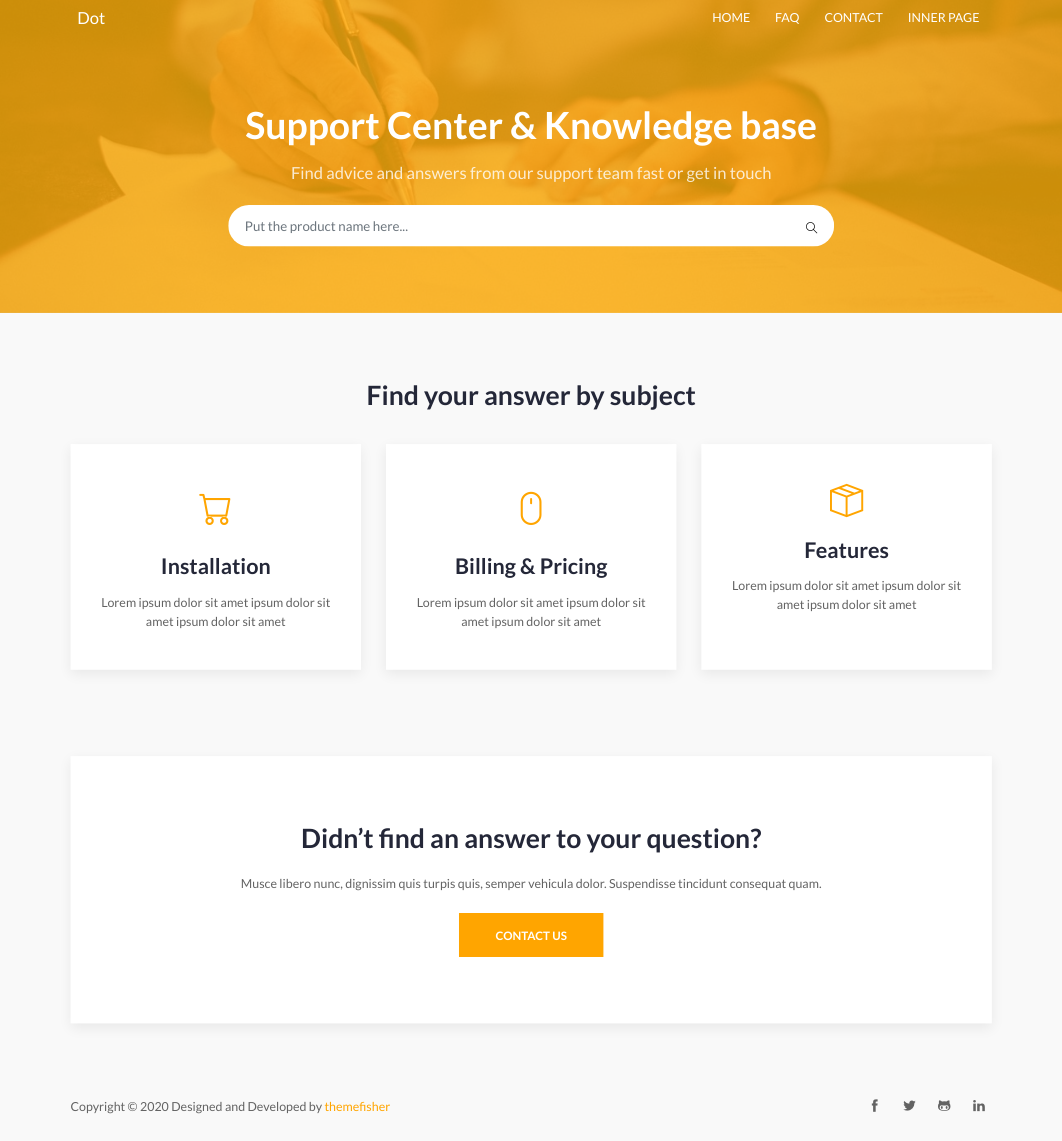
Repository: AlexThyCoolest/ReviewReader
Page: http://localhost/
An editor plug-in stored every save of this project. The page is shown before and after the next save, followed by the edit.
The browser window is 1280 px wide. The pictures show the whole page, at 83% of full size.
The page is served by the project's application, run on Flask 3 (main.py).

Above is the page before, as saved 2024-07-23 11:08:16.

### OYT/templates/index.html
<!DOCTYPE html>
<html lang="en-us">

<head>
    <meta charset="utf-8">
    <title>Dot</title>
    <meta name="viewport" content="width=device-width, initial-scale=1, maximum-scale=1">

    <!-- theme meta -->
    <meta name="theme-name" content="dot" />

    <!-- ** CSS Plugins Needed for the Project ** -->

    <!-- Bootstrap -->
    <link rel="stylesheet" href="static/plugins/bootstrap/bootstrap.min.css">
    <!-- themefy-icon -->
    <link rel="stylesheet" href="static/plugins/themify-icons/themify-icons.css">
    <!--Favicon-->
    <link rel="icon" href="images/favicon.png" type="image/x-icon">
    <!-- fonts -->
    <link href="https://fonts.googleapis.com/css?family=Lato:300,400,700&display=swap" rel="stylesheet">

    <link rel="stylesheet" href="https://cdn.jsdelivr.net/npm/bootstrap-icons@1.11.3/font/bootstrap-icons.min.css">
    <!-- Main Stylesheet -->
    <link href="static/assets/style.css" rel="stylesheet" media="screen" />
    <style>
        :root {
            --primary-color: #FFA500;
            /* Yellow-Orange */
        }

        .btn-primary,
        .bg-primary {
            background-color: var(--primary-color) !important;
            border-color: var(--primary-color) !important;
        }

        .text-primary {
            color: var(--primary-color) !important;
        }
    </style>
</head>
</head>

<body>
    <!-- header -->
    <header class="banner overlay bg-cover" data-background="images/banner.jpg">
        <nav class="navbar navbar-expand-md navbar-dark">
            <div class="container">
                <a class="navbar-brand px-2" href="index.html">Dot</a>
                <button class="navbar-toggler border-0" type="button" data-toggle="collapse" data-target="#navigation"
                    aria-controls="navigation" aria-expanded="false" aria-label="Toggle navigation">
                    <span class="navbar-toggler-icon"></span>
                </button>

                <div class="collapse navbar-collapse text-center" id="navigation">
                    <ul class="navbar-nav ml-auto">
                        <li class="nav-item">
                            <a class="nav-link text-dark" href="index.html">Home</a>
                        </li>
                        <li class="nav-item">
                            <a class="nav-link text-dark" href="faq.html">Faq</a>
                        </li>
                        <li class="nav-item">
                            <a class="nav-link text-dark" href="contact.html">contact</a>
                        </li>
                        <li class="nav-item">
                            <a class="nav-link text-dark" href="single.html">Inner Page</a>
                        </li>
                    </ul>
                </div>
            </div>
        </nav>
        <!-- banner -->
        <div class="container section">
            <div class="row">
                <div class="col-lg-8 text-center mx-auto">
                    <h1 class="text-white mb-3">Support Center &amp; Knowledge base</h1>
                    <p class="text-white mb-4">Find advice and answers from our support team fast or get in touch</p>
                    <div class="position-relative">
                        <form action="/loading" method="post">
                            <input id="product_name" name="product_name" type="text" class="form-control"
                                placeholder="Put the product name here...">
                            <button type="submit" class="search-icon p-0" style="background:white; border:none;"><i
                                    class="ti-search"></i></button>
                        </form>
                    </div>
                </div>
            </div>
        </div>
        <!-- /banner -->
    </header>
    <!-- /header -->

    <!-- topics -->
    <section class="section">
        <div class="container">
            <div class="row justify-content-center">
                <div class="col-12 text-center">
                    <h2 class="section-title">Find your answer by subject</h2>
                </div>
                <!-- topic-item -->
                <div class="col-lg-4 col-sm-6 mb-4">
                    <div class="px-4 py-5 bg-white shadow text-center d-block match-height">
                        <i class="bi bi-cart icon text-primary d-block mb-4"></i>
                        <h3 class="mb-3 mt-0">Installation</h3>
                        <p class="mb-0">Lorem ipsum dolor sit amet ipsum dolor sit amet ipsum dolor sit amet</p>
                    </div>
                </div>
                <div class="col-lg-4 col-sm-6 mb-4">
                    <div class="px-4 py-5 bg-white shadow text-center d-block match-height">
                        <i class="bi bi-mouse icon text-primary d-block mb-4"></i>
                        <h3 class="mb-3 mt-0">Billing &amp; Pricing</h3>
                        <p class="mb-0">Lorem ipsum dolor sit amet ipsum dolor sit amet ipsum dolor sit amet</p>
                    </div>
                </div>
                <div class="col-lg-4 col-sm-6 mb-4">
                    <div class="px-4 py-5 bg-white shadow text-center d-block match-height">
                        <i class="ti-package icon text-primary d-block mb-4"></i>
                        <h3 class="mb-3 mt-0">Features</h3>
                        <p class="mb-0">Lorem ipsum dolor sit amet ipsum dolor sit amet ipsum dolor sit amet</p>
                    </div>
                </div>
            </div>
        </div>
    </section>
    <!-- /topics -->

    <!-- call to action -->
    <section>
        <div class="container">
            <div class="row">
                <div class="col-12">
                    <div class="section px-3 bg-white shadow text-center">
                        <h2 class="mb-4">Didn&rsquo;t find an answer to your question?</h2>
                        <p class="mb-4">Musce libero nunc, dignissim quis turpis quis, semper vehicula dolor.
                            Suspendisse tincidunt
                            consequat quam.</p>
                        <a href="contact.html" class="btn btn-primary">contact us</a>
                    </div>
                </div>
            </div>
        </div>
    </section>
    <!-- /call to action -->

    <!-- footer -->
    <footer class="section pb-4">
        <div class="container">
            <div class="row align-items-center">
                <div class="col-md-8 text-md-left text-center">
                    <p class="mb-md-0 mb-4">Copyright © 2020 Designed and Developed by <a
                            href="https://themefisher.com/">themefisher</a></p>
                </div>
                <div class="col-md-4 text-md-right text-center">
                    <ul class="list-inline">
                        <li class="list-inline-item"><a class="text-color d-inline-block p-2" href="#"><i
                                    class="ti-facebook"></i></a></li>
                        <li class="list-inline-item"><a class="text-color d-inline-block p-2" href="#"><i
                                    class="ti-twitter-alt"></i></a></li>
                        <li class="list-inline-item"><a class="text-color d-inline-block p-2" href="#"><i
                                    class="ti-github"></i></a>
                        </li>
                        <li class="list-inline-item"><a class="text-color d-inline-block p-2" href="#"><i
                                    class="ti-linkedin"></i></a></li>
                    </ul>
                </div>
            </div>
        </div>
    </footer>
    <!-- /footer -->

    <!-- ** JS Plugins Needed for the Project ** -->
    <!-- jquiry -->
    <script src="static/plugins/jquery/jquery-1.12.4.js"></script>
    <!-- Bootstrap JS -->
    <script src="static/plugins/bootstrap/bootstrap.min.js"></script>
    <!-- match-height JS -->
    <script src="static/plugins/match-height/jquery.matchHeight-min.js"></script>
    <!-- Main Script -->
    <script src="assets/script.js"></script>
</body>

</html>

### OYT/static/assets/style.css
:root {
  --primary-color: #02007e;
  --body-color: #f9f9f9;
  --text-color: #636363;
  --text-color-dark: #242738;
  --white-color: #ffffff;
  --light-color: #f8f9fa;
  --font-family: Lato;
}

body {
  line-height: 1.5;
  font-family: var(--font-family), sans-serif;
  -webkit-font-smoothing: antialiased;
  font-size: 17px;
  color: var(--text-color);
  background-color: var(--body-color)
}

p {
  color: var(--text-color);
  font-size: 15px
}

h1,
h2,
h3,
h4,
h5,
h6 {
  color: var(--text-color-dark);
  font-family: var(--font-family), sans-serif;
  font-weight: 700;
  line-height: 1.2
}

h1,
.h1 {
  font-size: 45px
}

h2,
.h2 {
  font-size: 32px
}

h3,
.h3 {
  font-size: 26px
}

h4,
.h4 {
  font-size: 20px
}

h5,
.h5 {
  font-size: 18px
}

h6,
.h6 {
  font-size: 14px
}

.btn {
  font-size: 14px;
  font-family: var(--font-family), sans-serif;
  text-transform: uppercase;
  padding: 16px 44px;
  border-radius: 0;
  font-weight: 600;
  border: 0;
  position: relative;
  z-index: 1;
  transition: .2s ease
}

.btn:focus {
  outline: 0;
  box-shadow: none !important
}

.btn:active {
  box-shadow: none
}

.btn-primary {
  background: var(--primary-color);
  color: var(--white-color)
}

.btn-primary:active {
  background: var(--primary-color)
}

.btn-primary:hover {
  background: var(--primary-color)
}

.btn-primary:not(:disabled):not(.disabled).active,
.btn-primary:not(:disabled):not(.disabled):active,
.show>.btn-primary.dropdown-toggle {
  color: var(--white-color);
  background-color: var(--primary-color);
  border-color: var(--primary-color)
}

.inline-button {
  line-height: .8rem !important;
  padding: 5px 8px !important;
  pointer-events: none;
  margin-top: -5px
}

.overflow-hidden {
  overflow: hidden !important
}

::-moz-selection {
  background: var(--primary-color);
  color: var(--white-color)
}

::selection {
  background: var(--primary-color);
  color: var(--white-color)
}

.preloader {
  position: fixed;
  top: 0;
  left: 0;
  right: 0;
  bottom: 0;
  background-color: var(--white-color);
  z-index: 999;
  display: flex;
  align-items: center;
  justify-content: center
}

ul {
  list-style-type: none;
  margin: 0;
  padding-left: 0;
  font-size: 15px
}

ol {
  padding-left: 20px;
  font-size: 15px
}

img {
  vertical-align: middle;
  border: 0
}

a,
a:hover,
a:focus {
  text-decoration: none;
  color: var(--primary-color)
}

a:hover,
a:focus {
  color: var(--primary-color)
}

a,
button,
select {
  cursor: pointer;
  transition: .2s ease
}

a:focus,
button:focus,
select:focus {
  outline: 0
}

.slick-slide {
  outline: 0
}

.section {
  padding-top: 80px;
  padding-bottom: 80px
}

@media(max-width:768px) {
  .section {
    padding-top: 60px
  }
}

.section-sm {
  padding-top: 60px;
  padding-bottom: 60px
}

@media(max-width:768px) {
  .section-sm {
    padding-top: 40px
  }
}

.section-title {
  margin-bottom: 40px
}

.bg-cover {
  background-size: cover;
  background-position: 50%;
  background-repeat: no-repeat
}

.border-primary {
  border-color: #f2f2f2 !important
}

pre {
  padding: 20px
}

.overlay {
  position: relative
}

.overlay::before {
  position: absolute;
  content: '';
  height: 100%;
  width: 100%;
  top: 0;
  left: 0;
  background: var(--primary-color);
  opacity: .8
}

.outline-0 {
  outline: 0 !important
}

.d-unset {
  display: unset !important
}

.bg-primary {
  background: var(--primary-color) !important
}

.bg-white {
  background-color: var(--white-color) !important
}

.bg-light {
  background-color: var(--light-color) !important
}

.text-primary {
  color: var(--primary-color) !important
}

.text-color {
  color: var(--text-color) !important
}

.text-dark {
  color: var(--text-color-dark) !important
}

.text-white {
  color: var(--white-color) !important
}

.top-50 {
  top: 50px
}

.navbar {
  padding: 0
}

@media(max-width:768px) {
  .navbar {
    padding: 10px 0
  }
}

.navbar-brand img {
  max-width: 100px;
  margin-bottom: 0
}

.navbar .nav-item .nav-link {
  text-transform: uppercase;
  padding: 10px 15px !important;
  font-size: 15px
}

.navbar .dropdown:hover .dropdown-menu {
  visibility: visible;
  opacity: 1;
  -webkit-transform: scaleX(1);
  transform: scaleX(1)
}

.navbar .dropdown-menu {
  box-shadow: 0 3px 9px 0 rgba(0, 0, 0, .12);
  padding: 15px 0;
  border: 0;
  top: 40px;
  left: -35px;
  border-radius: 0;
  display: block;
  visibility: hidden;
  transition: .3s ease;
  opacity: 0;
  -webkit-transform: translateY(20px);
  transform: translateY(20px);
  background: var(--white-color)
}

@media(max-width:768px) {
  .navbar .dropdown-menu {
    display: none;
    opacity: 1;
    visibility: visible;
    -webkit-transform: translateY(0);
    transform: translateY(0);
    -webkit-transform-origin: unset;
    transform-origin: unset
  }
}

.navbar .dropdown-menu.view {
  visibility: visible !important;
  opacity: 1;
  -webkit-transform: translateY(0);
  transform: translateY(0);
  -webkit-transform-origin: top;
  transform-origin: top
}

@media(max-width:768px) {
  .navbar .dropdown-menu.view {
    display: block
  }
}

.navbar .dropdown-menu.show {
  visibility: hidden
}

@media(max-width:768px) {
  .navbar .dropdown-menu.show {
    visibility: visible;
    display: block
  }
}

.navbar .dropdown-item {
  position: relative;
  color: var(--text-color-dark);
  transition: .2s ease;
  font-family: var(--font-family), sans-serif
}

@media(max-width:768px) {
  .navbar .dropdown-item {
    text-align: center
  }
}

.navbar .dropdown-item:hover {
  color: var(--primary-color);
  background: 0 0
}

.lang-list {
  background: var(--primary-color);
  color: var(--white-color)
}

.lang-list.dark {
  color: var(--text-color-dark);
  background: var(--white-color)
}

.banner {
  overflow: hidden
}

.banner p {
  font-size: 20px;
  opacity: .8
}

.banner .nav-link.text-dark {
  color: var(--white-color) !important
}

.banner .nav-link.text-dark:hover {
  color: var(--white-color) !important
}

.banner .navbar-brand {
  color: var(--white-color) !important
}

#project-icon {
  float: left;
  height: 32px;
  width: 32px
}

#project-description {
  margin: 0;
  padding: 0
}

.ui-helper-hidden-accessible {
  display: none
}

.ui-menu {
  background: var(--white-color);
  padding: 5px 20px 20px;
  right: 0 !important;
  max-height: 200px;
  overflow: hidden;
  border-radius: 0 0 25px 25px;
  z-index: 9999;
  box-shadow: 0 13px 20px 0 rgba(0, 0, 0, .07)
}

@media(max-width:575px) {
  .ui-menu {
    width: calc(100% - 30px) !important
  }
}

@media(min-width:576px) {
  .ui-menu {
    max-width: 510px !important
  }
}

@media(min-width:768px) {
  .ui-menu {
    max-width: 690px !important
  }
}

@media(min-width:992px) {
  .ui-menu {
    max-width: 610px !important
  }
}

@media(min-width:1200px) {
  .ui-menu {
    max-width: 730px !important
  }
}

.ui-menu-item a {
  color: var(--text-color);
  padding: 8px 0;
  font-size: 15px
}

.ui-menu-item a:hover {
  color: var(--primary-color)
}

.ui-menu-item:not(:last-child) {
  border-bottom: 1px solid #e8e8e8
}

.ui-menu-item * {
  display: none
}

.ui-menu-item .ui-corner-all {
  display: block
}

.form-control {
  height: 50px;
  border-radius: 25px;
  border: 0;
  padding: 0 20px
}

.form-control:focus {
  border: 0;
  box-shadow: none !important
}

textarea.form-control {
  height: 150px;
  padding: 20px
}

.icon {
  font-size: 40px
}

.shadow {
  box-shadow: 0 5px 15px rgba(0, 0, 0, .07) !important;
  transition: .3s ease
}

.shadow-bottom {
  box-shadow: 0 1px 0 rgba(12, 13, 14, .1), 0 1px 6px rgba(59, 64, 69, .1)
}

.shadow:hover,
.shadow:focus {
  box-shadow: 0 14px 25px rgba(0, 0, 0, .1) !important
}

.content * {
  margin-bottom: 20px
}

.content img {
  max-width: 100%;
  height: auto;
  margin: 0 auto 15px;
  display: block;
  text-align: center
}

.content ul {
  padding-left: 0;
  margin-bottom: 20px
}

.content ul li {
  padding-left: 20px;
  position: relative
}

.content ul li::before {
  position: absolute;
  content: '';
  height: 8px;
  width: 8px;
  border-radius: 50%;
  background: var(--primary-color);
  opacity: .3;
  left: 0;
  top: 8px
}

.list-styled li {
  padding-left: 20px;
  position: relative
}

.list-styled li::before {
  position: absolute;
  content: '';
  height: 8px;
  width: 8px;
  border-radius: 50%;
  background: var(--primary-color);
  opacity: .3;
  left: 0;
  top: 17px
}

.post-meta {
  color: var(--text-color);
  font-style: italic;
  font-size: 14px
}

blockquote {
  font-size: 20px !important;
  color: var(--text-color-dark);
  padding: 20px 40px;
  border-left: 2px solid var(--primary-color);
  margin: 40px 0;
  font-weight: 700;
  background: var(--light-color)
}

blockquote p {
  margin-bottom: 0 !important
}

.pagination {
  justify-content: space-between
}

.pagination a {
  color: var(--primary-color)
}

.pagination i {
  font-size: 15px;
  line-height: 1.8
}

#accordion i {
  font-size: 14px;
  line-height: 2
}

table {
  text-align: left;
  width: 100%;
  max-width: 100%;
  margin-bottom: 1rem;
  border: 1px solid #dee2e6
}

table td,
table th {
  padding: .75rem;
  vertical-align: top;
  border: 1px solid #dee2e6;
  margin-bottom: 0
}

thead {
  background: #ececec;
  margin-bottom: 0
}

tbody {
  background: #f8f8f8;
  margin-bottom: 0
}

.notices {
  margin: 2rem 0;
  position: relative
}

.notices p {
  padding: 10px
}

.notices p::before {
  position: absolute;
  top: 2px;
  color: #fff;
  font-family: themify;
  font-weight: 900;
  content: "\e717";
  left: 10px
}

.notices.note p {
  border-top: 30px solid #6ab0de;
  background: #e7f2fa
}

.notices.note p::after {
  content: 'Note';
  position: absolute;
  top: 2px;
  color: #fff;
  left: 2rem
}

.notices.tip p {
  border-top: 30px solid #78c578;
  background: #e6f9e6
}

.notices.tip p::after {
  content: 'Tip';
  position: absolute;
  top: 2px;
  color: #fff;
  left: 2rem
}

.notices.info p {
  border-top: 30px solid #f0b37e;
  background: #fff2db
}

.notices.info p::after {
  content: 'Info';
  position: absolute;
  top: 2px;
  color: #fff;
  left: 2rem
}

.notices.warning p {
  border-top: 30px solid #e06f6c;
  background: #fae2e2
}

.notices.warning p::after {
  content: 'Warning';
  position: absolute;
  top: 2px;
  color: #fff;
  left: 2rem
}

.sidebar {
  background-color: var(--white-color);
  position: sticky;
  top: 50px;
  margin-bottom: 30px;
  padding: 40px 10px 20px
}

.sidelist {
  display: block
}

li.sidelist>a {
  margin-left: 20px;
  margin-bottom: 10px;
  display: block;
  font-size: 20px
}

li.sidelist li a {
  margin: 0
}

.sidelist li.sidelist {
  display: block
}

.sidelist li.sidelist.active a {
  color: var(--primary-color)
}

.sidelist li.sidelist.active::before {
  opacity: 1
}

.page-list li a {
  display: none
}

.page-list li ul a {
  display: block
}

.sidelist li a {
  color: var(--text-color-dark);
  display: block;
  font-size: 15px;
  font-weight: 500;
  padding: 10px 0;
  line-height: 1.4
}

p:empty,
p a:empty {
  display: none !important
}

pre {
  display: block;
  padding: 9.5px;
  margin: 10px 0
}

code {
  margin-bottom: 0 !important;
  font-size: 100%
}

.back-btn {
  position: relative
}

.back-btn::before {
  position: absolute;
  font-family: themify;
  content: "\e6bc";
  font-size: 25px;
  height: 30px;
  width: 40px;
  background-color: var(--white-color);
  color: inherit;
  text-align: right;
  z-index: 1;
  left: -5px;
  top: -5px
}

.ui-autocomplete-input {
  border-bottom: 1px solid #d4d4d4 !important
}

.ui-autocomplete-input.active {
  border-bottom-left-radius: 0;
  border-bottom-right-radius: 0
}

.search-icon {
  position: absolute;
  right: 20px;
  top: 18px;
  font-size: 14px
}

i {
  transition: .2s ease
}

a:hover i {
  color: var(--primary-color)
}

pre code::-webkit-scrollbar {
  height: 5px
}

pre code::-webkit-scrollbar-track {
  background: #000
}

pre code::-webkit-scrollbar-thumb {
  background: #888
}

.code-tabs {
  border: 1px solid #dee2e6;
  overflow: hidden;
  margin: 20px 0
}

.code-tabs .tab-content {
  padding: 20px 15px;
  margin-bottom: 0
}

.code-tabs .tab-content .tab-pane {
  margin-bottom: 0
}

.code-tabs .nav-tabs {
  margin-bottom: 0
}

.code-tabs .nav-tabs .nav-item {
  padding-left: 0;
  border-right: 1px solid #dee2e6
}

.code-tabs .nav-tabs .nav-item .nav-link {
  text-decoration: none;
  font-weight: 500;
  border: 0;
  margin-bottom: 0
}

.code-tabs .nav-tabs .nav-item::before {
  display: none
}

.code-tabs .nav-tabs .nav-item.active {
  background: var(--primary-color)
}

.code-tabs .nav-tabs .nav-item.active .nav-link {
  color: var(--white-color)
}

Loaded but not shown: OYT/static/plugins/bootstrap/bootstrap.min.css (library); OYT/static/plugins/themify-icons/themify-icons.css (library); OYT/static/plugins/jquery/jquery-1.12.4.js (library); OYT/static/plugins/bootstrap/bootstrap.min.js (library); OYT/static/plugins/match-height/jquery.matchHeight-min.js (library); OYT/static/assets/script.js (26 lines, source omitted); OYT/main.py (279 lines, source omitted)

After the next save:
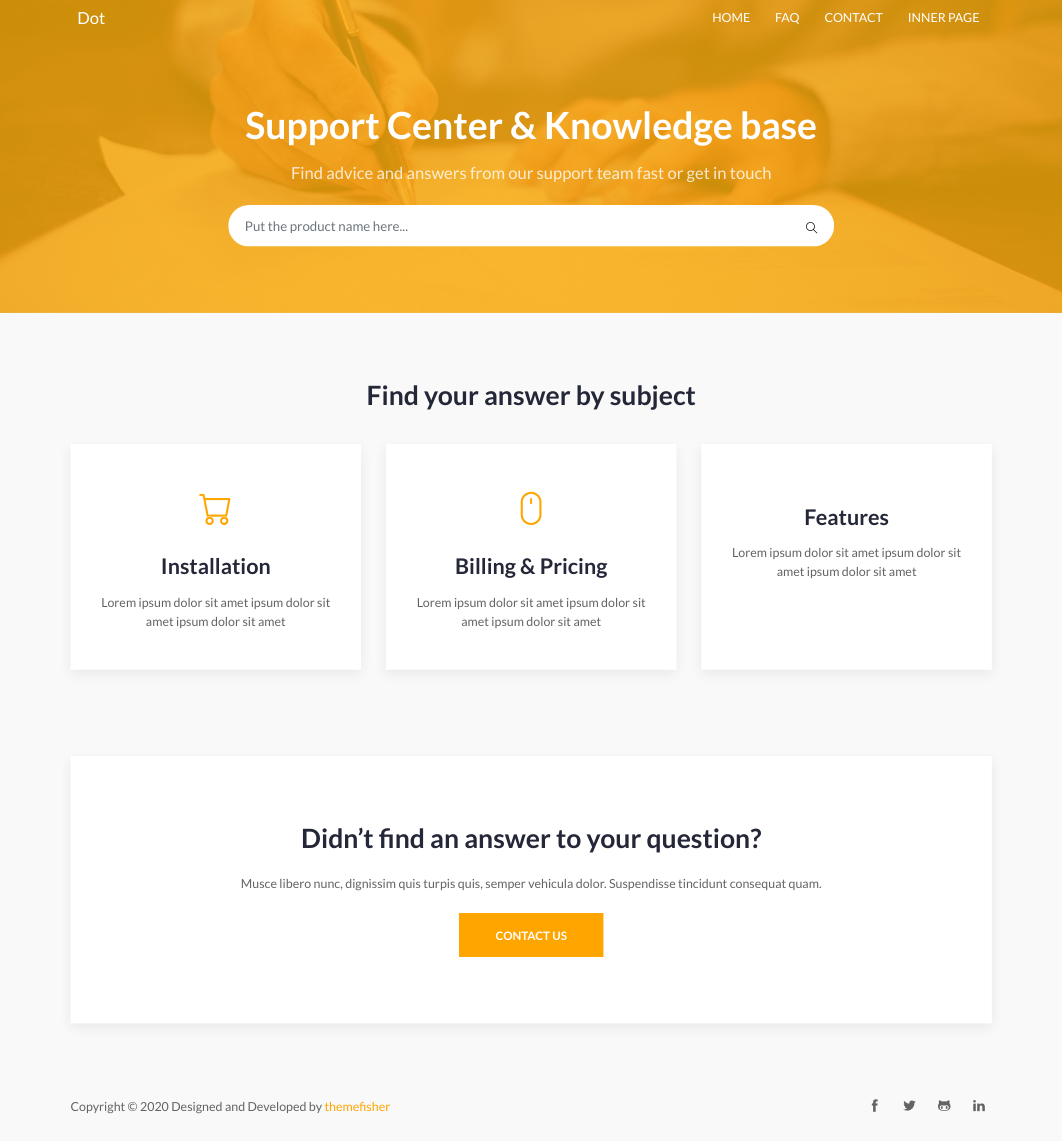
Saved 57 s later.
--- a/OYT/templates/index.html
+++ b/OYT/templates/index.html
@@ -116,7 +116,7 @@
                 </div>
                 <div class="col-lg-4 col-sm-6 mb-4">
                     <div class="px-4 py-5 bg-white shadow text-center d-block match-height">
-                        <i class="ti-package icon text-primary d-block mb-4"></i>
+                        <i class="bi bi-brain icon text-primary d-block mb-4"></i>
                         <h3 class="mb-3 mt-0">Features</h3>
                         <p class="mb-0">Lorem ipsum dolor sit amet ipsum dolor sit amet ipsum dolor sit amet</p>
                     </div>
